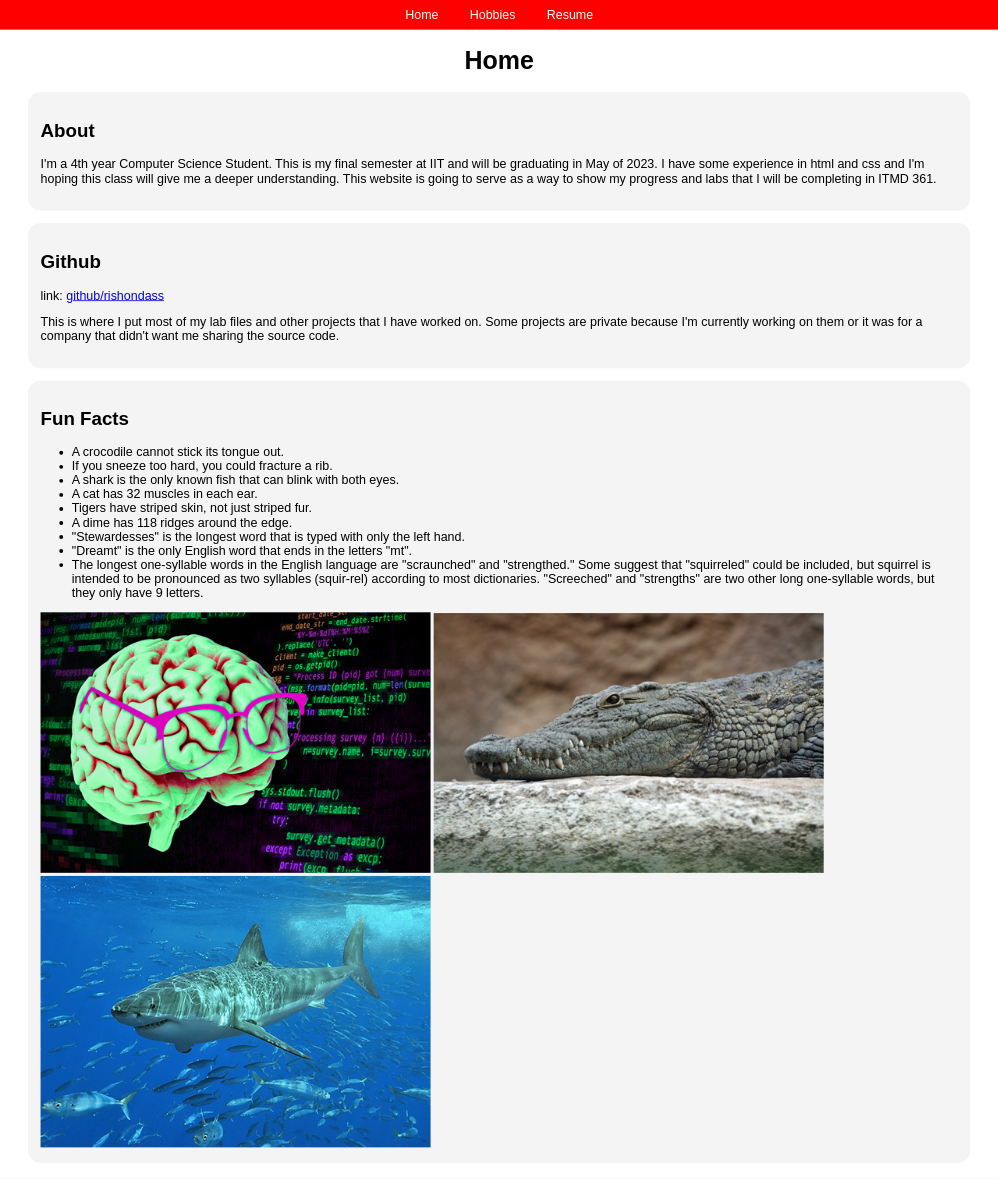
Repository: rishondass/ITMD361-Project2
Page: index.html
The author's editor kept a copy of each file at every save. The page is drawn from the files as they stood at one save, then again after the next save.
The browser window is 1280 px wide. The pictures show the whole page, at 78% of full size.

Above is the page before, as saved 2023-03-07 23:37:13.

### index.html
<!DOCTYPE html>
<html lang="en">
<head>
    <meta charset="UTF-8">
    <meta name="viewport" content="width=device-width, initial-scale=1.0">
    <link rel="stylesheet" href="css/style.css">
    <link rel="stylesheet" href="css/normalize.css">
    <title>Home</title>
</head>
<body>
    <nav id="main-nav">
        <ul>
            <li>
                <a href="index.html">Home</a>
            </li>
            <li>
                <a href="hobbies.html">Hobbies</a>
            </li>
            <li>
                <a href="resume.html">Resume</a>
            </li>
        </ul>
    </nav>
    <div id="hero-section">
        <h1 id="title">
            Home
        </h1>
    </div>
    <div id="main-container">
        <div id="about-section">
            <h2>
                About
            </h2>
            <p>
                I'm a 4th year Computer Science Student. This is my final semester at IIT and will be graduating in May of 2023. I have some experience in html and css and I'm hoping this class will give me a deeper understanding. This website is going to serve as a way to show my progress and labs that I will be completing in ITMD 361.
            </p>
        </div>
        <div id="github-section">
            <h2>
                Github
            </h2>
            <p>
                link: <a target="_blank" href="https://www.github.com/rishondass">github/rishondass</a>
            </p>
            <p>
                This is where I put most of my lab files and other projects that I have worked on. Some projects are private because I'm currently working on them or it was for a company that didn't want me sharing the source code.
            </p>
        </div>

        <div id="funfactions-section">
            <h2>
                Fun Facts
            </h2>
            <ul>
                <li>
                    A crocodile cannot stick its tongue out.
                </li>
                <li>
                    If you sneeze too hard, you could fracture a rib.
                </li>
                <li>
                    A shark is the only known fish that can blink with both eyes.
                </li>
                <li>
                    A cat has 32 muscles in each ear.
                </li>
                <li>
                    Tigers have striped skin, not just striped fur.
                </li>
                <li>
                    A dime has 118 ridges around the edge.
                </li>
                <li>
                    "Stewardesses" is the longest word that is typed with only the left hand.
                </li>
                <li>
                    "Dreamt" is the only English word that ends in the letters "mt".
                </li>
                <li>
                    The longest one-syllable words in the English language are "scraunched" and "strengthed." Some suggest that "squirreled" could be included, but squirrel is intended to be pronounced as two syllables (squir-rel) according to most dictionaries. "Screeched" and "strengths" are two other long one-syllable words, but they only have 9 letters.
                </li>
            </ul>
            <img src="images/code.jpg" alt="image_of_code">
            <img src="images/Nile_crocodile_head.jpg" alt="image_of_crocodile">
            <img src="images/White_shark.jpg" alt="image_of_shark">
        </div>


    </div>
</body>
</html>

### css/style.css
#main-nav{
    background-color: red;
    overflow: hidden;
}

#main-nav ul{
    list-style-type: none;
    padding: 0;
    margin: 0;
    display: flex;
    justify-content: center;
}

#main-nav a{
   display: block;
   padding: 10px 20px;
   text-decoration: none;
   color: white;
}


#main-nav a:hover{
    background-color: rgb(255, 255, 255);
    color:black;
}

#main-container{
    margin: 20px;
}

/*
To be added
#hero-section{
    width: 100%;
    height: 100vh;
    background-color:rgb(15, 92, 207);
} */

#title{
    text-align: center;
}

#about-section{

}

#main-container div{
    margin: 1rem;
    border-radius: 1rem;
    padding: 1rem;
    background-color:rgb(245, 244, 244);
}

.container-objects{
    margin: 1rem;
    border-radius: 1rem;
    padding: 1rem;
    background-color:rgb(245, 244, 244);
}

.hobbies-images{
    width: 300px;
}

.hobbies-videos{
    width: 500px;
}

Loaded but not shown: css/normalize.css (library)

After the next save:
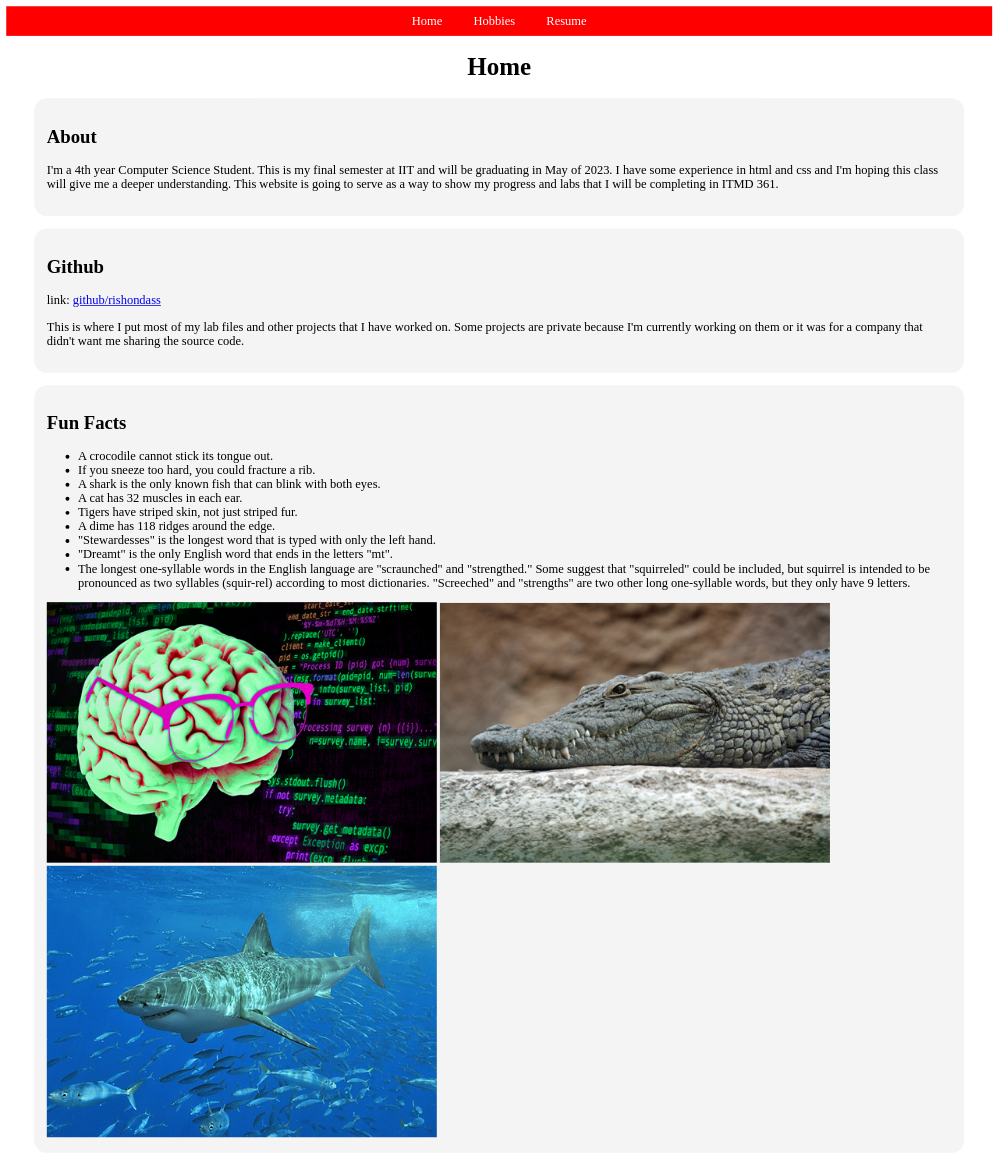
Saved 27 days later.
--- a/index.html
+++ b/index.html
@@ -4,7 +4,6 @@
     <meta charset="UTF-8">
     <meta name="viewport" content="width=device-width, initial-scale=1.0">
     <link rel="stylesheet" href="css/style.css">
-    <link rel="stylesheet" href="css/normalize.css">
     <title>Home</title>
 </head>
 <body>

After the 2 saves that followed:
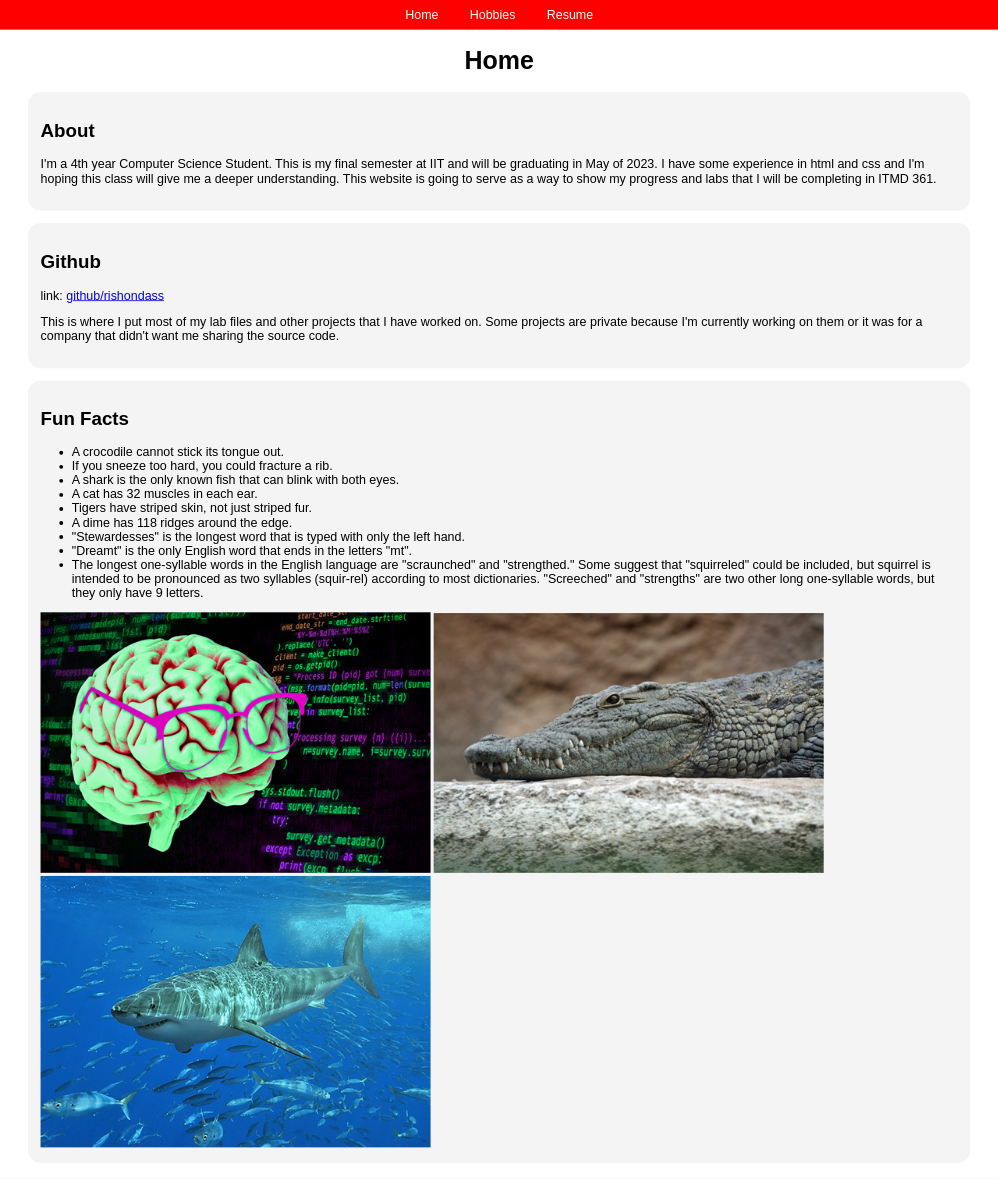
The 2 saves are shown as one change because they came seconds apart.
The last was saved 5 s later.
--- a/index.html
+++ b/index.html
@@ -3,6 +3,7 @@
 <head>
     <meta charset="UTF-8">
     <meta name="viewport" content="width=device-width, initial-scale=1.0">
+    <link rel="stylesheet" href="css/normalize.css">
     <link rel="stylesheet" href="css/style.css">
     <title>Home</title>
 </head>
